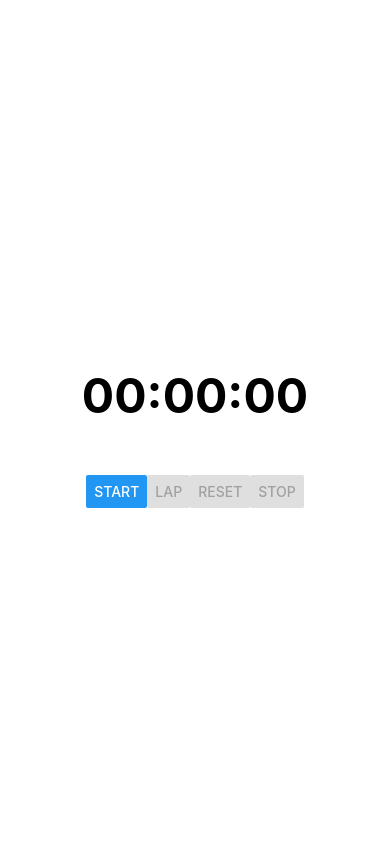
Repository: Shopify/eng-intern-assessment-react-native
Screen: /
The author's editor kept a copy of each file at every save. The screen is drawn from the files as they stood at one save, then again after the next save.
The app was drawn by React Native's web renderer in a window 390 px wide. The project was rebuilt for these pictures with package versions that can differ from the ones it lists, and the page was loaded fresh each time.

Above is the screen before, as saved 2024-01-13 11:48:42.

### App.tsx
import { StatusBar } from 'expo-status-bar';
import { StyleSheet, Text, View } from 'react-native';
import StopWatch from './src/StopWatch';

export default function App() {
  return (
    <View style={styles.container}>
      <StopWatch></StopWatch>
      <StatusBar style="auto" />
    </View>
  );
}

const styles = StyleSheet.create({
  container: {
    flex: 1,
    backgroundColor: '#fff',
    alignItems: 'center',
    justifyContent: 'center',
  },
});

### src/StopWatch.tsx
import React, { useState, useEffect } from 'react';
import { View, Text, ScrollView, StyleSheet } from 'react-native';
import StopWatchButton from './StopWatchButton'; // Import custom button component

export default function StopWatch() {
  // State for tracking if stopwatch is running
  const [isRunning, setIsRunning] = useState(false);
  // State for tracking current time in seconds
  const [time, setTime] = useState<number>(0);
  // State for storing lap times
  const [laps, setLaps] = useState<number[]>([]);

  // Effect to handle the running of the stopwatch
  useEffect(() => {
    let interval: ReturnType<typeof setInterval>;
    if (isRunning) {
      // Set up an interval to increment time every second
      interval = setInterval(() => {
        setTime(prevTime => prevTime + 1);
      }, 1000);
    }
    // Clear interval when component unmounts or stopwatch stops
    return () => clearInterval(interval);
  }, [isRunning]);

  // Function to start the stopwatch
  const start = () => setIsRunning(true);
  // Function to stop/pause the stopwatch
  const stop = () => setIsRunning(false);
  // Function to resume the stopwatch
  const resume = () => setIsRunning(true);
  // Function to reset the stopwatch
  const reset = () => {
    setIsRunning(false);
    setTime(0);
    setLaps([]);
  };
  // Function to record a lap
  const recordLap = () => setLaps([...laps, time]);

  // Function to format the time into a readable format
  const formatTime = (time: number) => {
    const hours = Math.floor(time / 3600);
    const minutes = Math.floor((time % 3600) / 60);
    const seconds = time % 60;
    // Formats time in hh:mm:ss format
    return `${hours.toString().padStart(2, '0')}:${minutes.toString().padStart(2, '0')}:${seconds.toString().padStart(2, '0')}`;
  };

  // Render the stopwatch component
  return (
    <View style={styles.stopwatchContainer}>
      {/* Time display */}
      <Text style={styles.timeDisplay}>{formatTime(time)}</Text>
      {/* Container for laps */}
      <ScrollView style={styles.lapsContainer} testID="lap-list">
        {laps.map((lap, index) => (
          <Text key={index} style={styles.lapText}>{formatTime(lap)}</Text>
        ))}
      </ScrollView>
      {/* Container for buttons */}
      <View style={styles.buttonsContainer}>
        {!isRunning && time === 0 && <StopWatchButton title="Start" onPress={start} />}
        {isRunning && <StopWatchButton title="Stop" onPress={stop} />}
        {!isRunning && time !== 0 && <StopWatchButton title="Resume" onPress={resume} />}
        {isRunning && <StopWatchButton title="Lap" onPress={recordLap} />}
        {!isRunning && time !== 0 && <StopWatchButton title="Reset" onPress={reset} />}
      </View>
    </View>
  );
}

// Styles for the stopwatch component
const styles = StyleSheet.create({
  stopwatchContainer: {
    alignItems: 'center',
    justifyContent: 'center',
  },
  timeDisplay: {
    fontSize: 48,
    fontWeight: 'bold',
    marginVertical: 30,
  },
  lapsContainer: {
    alignSelf: 'stretch',
  },
  lapText: {
    fontSize: 18,
    textAlign: 'center',
  },
  buttonsContainer: {
    flexDirection: 'row',
    justifyContent: 'space-around',
    marginTop: 20,
    width: '100%',
  },
});

### src/StopWatchButton.tsx
// Josh Chen
// 2024-Jan-10

import React from 'react';
import { Button, View } from 'react-native';

export default function StopwatchButton({ onStartStopResume, onReset, onLap, onStop, running, hasStarted }: {
  onStartStopResume: () => void;
  onReset: () => void;
  onLap: () => void;
  onStop: () => void;
  running: boolean;
  hasStarted: boolean;
}) {
  let buttonLabel = running ? "Pause" : hasStarted ? "Resume" : "Start";

  return (
    <View style={{ flexDirection: 'row', justifyContent: 'space-around' }}>
      <Button title={buttonLabel} onPress={onStartStopResume} />
      <Button title="Lap" onPress={onLap} disabled={!running} />
      <Button title="Reset" onPress={onReset} disabled={!hasStarted} />
      <Button title="Stop" onPress={onStop} disabled={!hasStarted} />
    </View>
  );
}

After the next save:
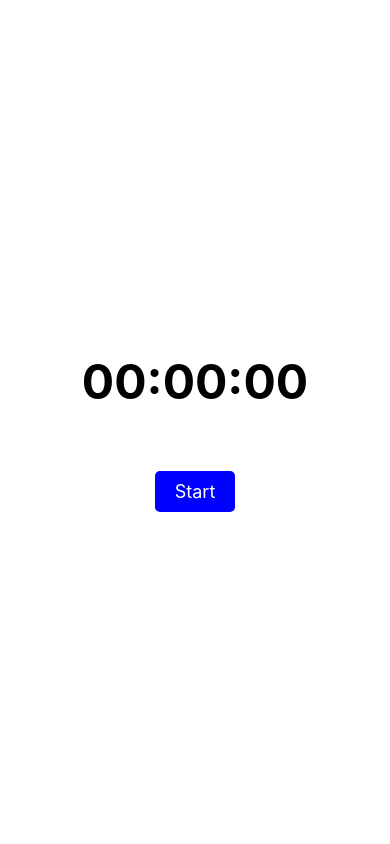
Saved 9 s later.
--- a/src/StopWatchButton.tsx
+++ b/src/StopWatchButton.tsx
@@ -1,25 +1,37 @@
-// Josh Chen
-// 2024-Jan-10
+import React from 'react';
+import { TouchableOpacity, Text, StyleSheet } from 'react-native';
 
-import React from 'react';
-import { Button, View } from 'react-native';
+// Define props type for the StopWatchButton component
+interface StopwatchButtonProps {
+  onPress: () => void; // Function to handle button press
+  title: string;       // Text to display on the button
+}
 
-export default function StopwatchButton({ onStartStopResume, onReset, onLap, onStop, running, hasStarted }: {
-  onStartStopResume: () => void;
-  onReset: () => void;
-  onLap: () => void;
-  onStop: () => void;
-  running: boolean;
-  hasStarted: boolean;
-}) {
-  let buttonLabel = running ? "Pause" : hasStarted ? "Resume" : "Start";
+// The StopWatchButton component
+const StopWatchButton: React.FC<StopwatchButtonProps> = ({ onPress, title }) => {
+  return (
+    // TouchableOpacity is used for the button to provide feedback on touch
+    <TouchableOpacity onPress={onPress} style={styles.button}>
+      {/* Text component displays the title of the button */}
+      <Text style={styles.buttonText}>{title}</Text>
+    </TouchableOpacity>
+  );
+};
 
-  return (
-    <View style={{ flexDirection: 'row', justifyContent: 'space-around' }}>
-      <Button title={buttonLabel} onPress={onStartStopResume} />
-      <Button title="Lap" onPress={onLap} disabled={!running} />
-      <Button title="Reset" onPress={onReset} disabled={!hasStarted} />
-      <Button title="Stop" onPress={onStop} disabled={!hasStarted} />
-    </View>
-  );
-}
+// StyleSheet for styling the button and the text inside it
+const styles = StyleSheet.create({
+  button: {
+    backgroundColor: 'blue',
+    padding: 10,
+    margin: 10,
+    borderRadius: 5,
+    minWidth: 80,
+    alignItems: 'center',
+  },
+  buttonText: {
+    color: 'white',
+    fontSize: 18,
+  },
+});
+
+export default StopWatchButton;

After the save that followed:
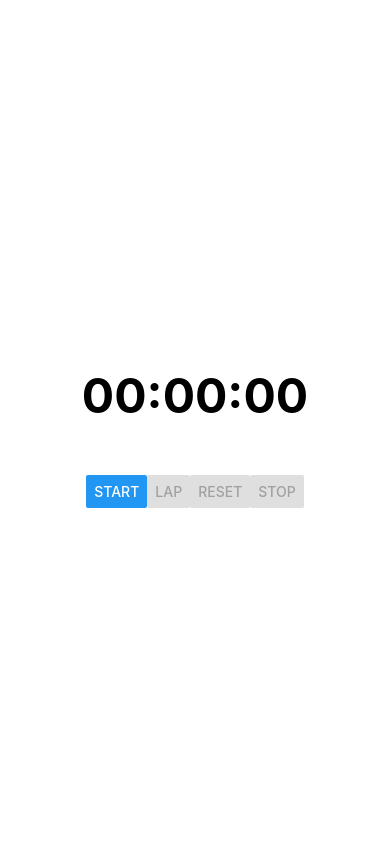
Saved 8 s later.
--- a/src/StopWatchButton.tsx
+++ b/src/StopWatchButton.tsx
@@ -1,37 +1,25 @@
+// Josh Chen
+// 2024-Jan-10
+
 import React from 'react';
-import { TouchableOpacity, Text, StyleSheet } from 'react-native';
+import { Button, View } from 'react-native';
 
-// Define props type for the StopWatchButton component
-interface StopwatchButtonProps {
-  onPress: () => void; // Function to handle button press
-  title: string;       // Text to display on the button
+export default function StopwatchButton({ onStartStopResume, onReset, onLap, onStop, running, hasStarted }: {
+  onStartStopResume: () => void;
+  onReset: () => void;
+  onLap: () => void;
+  onStop: () => void;
+  running: boolean;
+  hasStarted: boolean;
+}) {
+  let buttonLabel = running ? "Pause" : hasStarted ? "Resume" : "Start";
+
+  return (
+    <View style={{ flexDirection: 'row', justifyContent: 'space-around' }}>
+      <Button title={buttonLabel} onPress={onStartStopResume} />
+      <Button title="Lap" onPress={onLap} disabled={!running} />
+      <Button title="Reset" onPress={onReset} disabled={!hasStarted} />
+      <Button title="Stop" onPress={onStop} disabled={!hasStarted} />
+    </View>
+  );
 }
-
-// The StopWatchButton component
-const StopWatchButton: React.FC<StopwatchButtonProps> = ({ onPress, title }) => {
-  return (
-    // TouchableOpacity is used for the button to provide feedback on touch
-    <TouchableOpacity onPress={onPress} style={styles.button}>
-      {/* Text component displays the title of the button */}
-      <Text style={styles.buttonText}>{title}</Text>
-    </TouchableOpacity>
-  );
-};
-
-// StyleSheet for styling the button and the text inside it
-const styles = StyleSheet.create({
-  button: {
-    backgroundColor: 'blue',
-    padding: 10,
-    margin: 10,
-    borderRadius: 5,
-    minWidth: 80,
-    alignItems: 'center',
-  },
-  buttonText: {
-    color: 'white',
-    fontSize: 18,
-  },
-});
-
-export default StopWatchButton;
